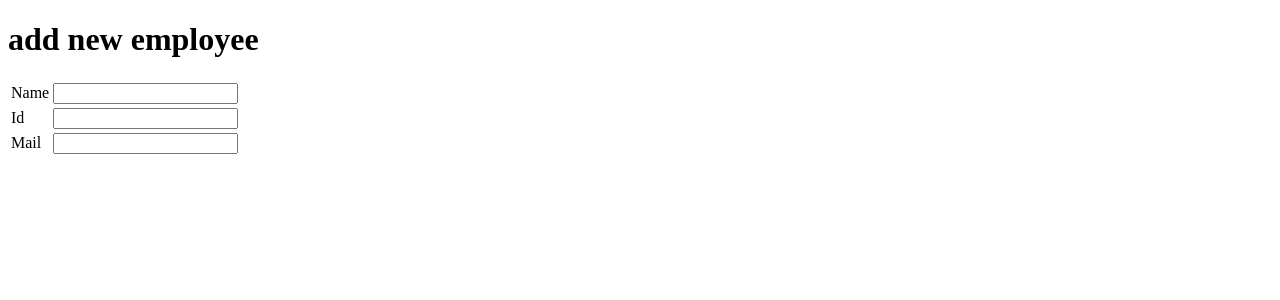
Repository: zeeshan495/AdvanceJava
Page: CrudServlets/WebContent/index.html
The author's editor kept a copy of each file at every save. The page is drawn from the files as they stood at one save, then again after the next save.
The browser window is 1280 px wide. The pictures show the whole page.

Above is the page before, as saved 2018-06-28 09:35:34.

### CrudServlets/WebContent/index.html
<!Doctype html>
<html>
<head>
<meta charset="UTF-8">
<title>Employees Details</title>
</head>
<body>
<h1>add new employee</h1>
<form action="saveServlet" method="post">
<table>
<tr><td>Name</td><td><input type="text" name="name"></td></tr>
<tr><td>Id</td><td><input type="text" name="id"></td></tr>
<tr><td>Mail</td><td><input type="email" name="mail"></td></tr>


</table>
</form>
</body>
</html>

After the next save:
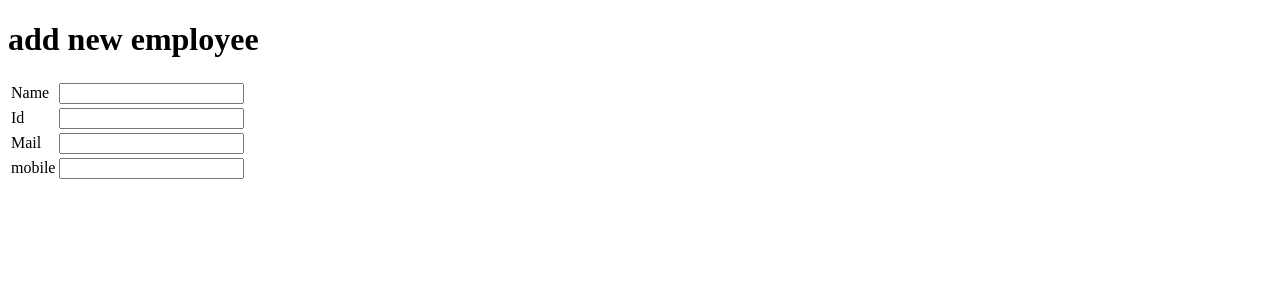
Saved 45 s later.
--- a/CrudServlets/WebContent/index.html
+++ b/CrudServlets/WebContent/index.html
@@ -11,7 +11,7 @@
 <tr><td>Name</td><td><input type="text" name="name"></td></tr>
 <tr><td>Id</td><td><input type="text" name="id"></td></tr>
 <tr><td>Mail</td><td><input type="email" name="mail"></td></tr>
-
+<tr><td>mobile</td><td><input type="text" name="number"></td></tr>
 
 </table>
 </form>
